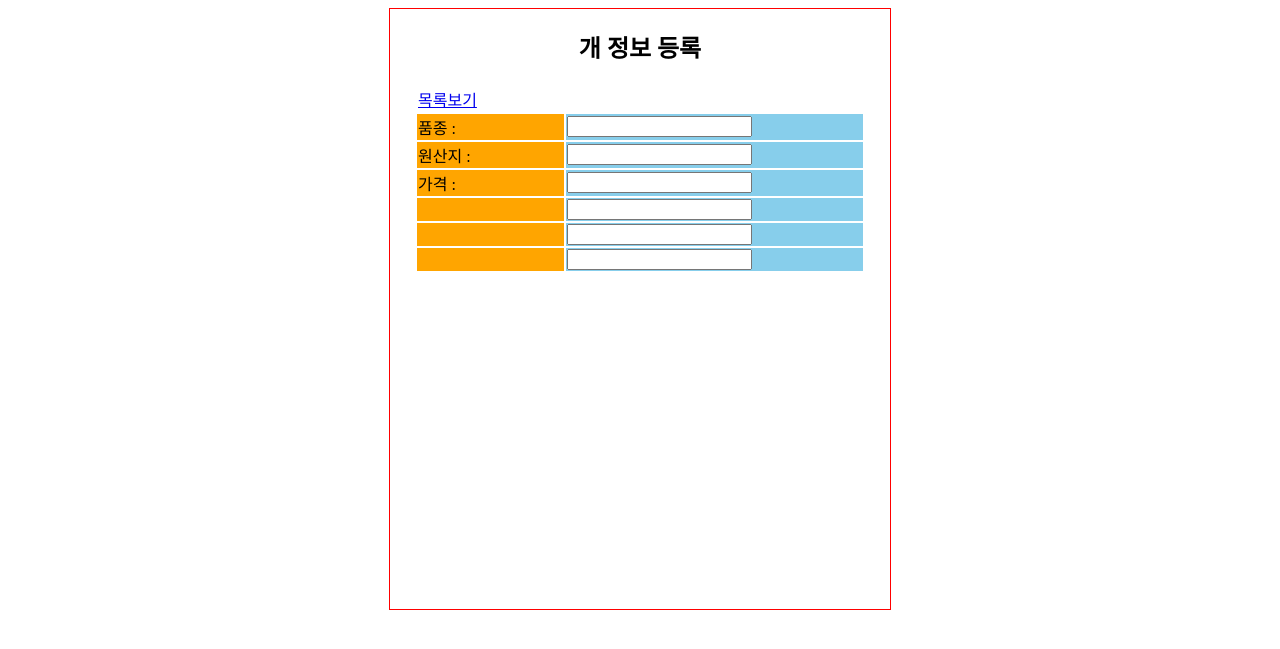
Repository: dbwls89876/Ru
Page: http://localhost/DogShopping/dogRegistForm.jsp
An editor plug-in stored every save of this project. The page is shown before and after the next save, followed by the edit.
The browser window is 1280 px wide. The pictures show the whole page.
The page is served by Tomcat 9.

Above is the page before, as saved 2021-02-26 00:40:01.

After the next save:
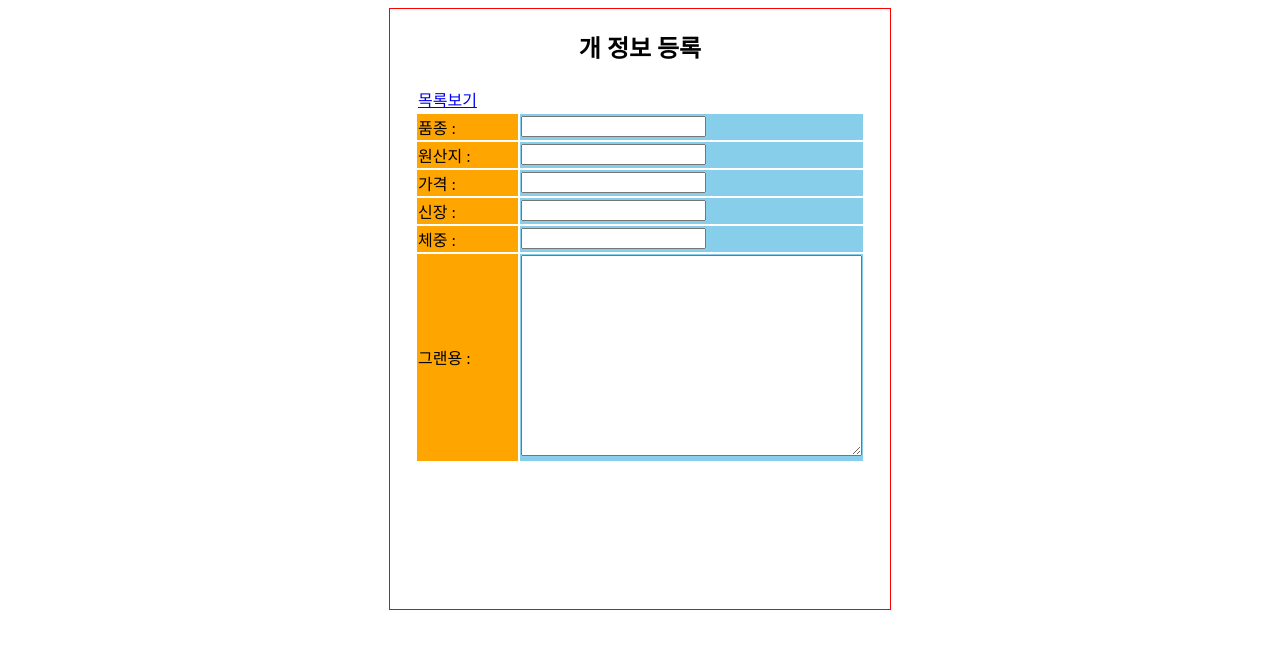
Saved 102 s later.
--- a/java&jsp/Workspace/DogShopping/WebContent/dogRegistForm.jsp
+++ b/java&jsp/Workspace/DogShopping/WebContent/dogRegistForm.jsp
@@ -67,34 +67,34 @@
 					<label for="price">가격 : </label>
 				</td>
 				<td class="td_right">
-					<input type="text" name="" id=""/>
+					<input type="text" name="price" id="price"/>
 				</td>
 			</tr>
 
 			<tr>
 				<td class="td_left">
-					<label for=""></label>
+					<label for="height">신장 : </label>
 				</td>
 				<td class="td_right">
-					<input type="text" name="" id=""/>
+					<input type="text" name="height" id="height"/>
 				</td>
 			</tr>
 
 			<tr>
 				<td class="td_left">
-					<label for=""></label>
+					<label for="weight">체중 : </label>
 				</td>
 				<td class="td_right">
-					<input type="text" name="" id=""/>
+					<input type="text" name="weight" id="weight"/>
 				</td>
 			</tr>
 
 			<tr>
 				<td class="td_left">
-					<label for=""></label>
+					<label for="content">그랜용 : </label>
 				</td>
 				<td class="td_right">
-					<input type="text" name="" id=""/>
+					<textarea name="centent" id="content" rows="13" cols="40" wrap="off"></textarea>
 				</td>
 			</tr>
 		</table>
